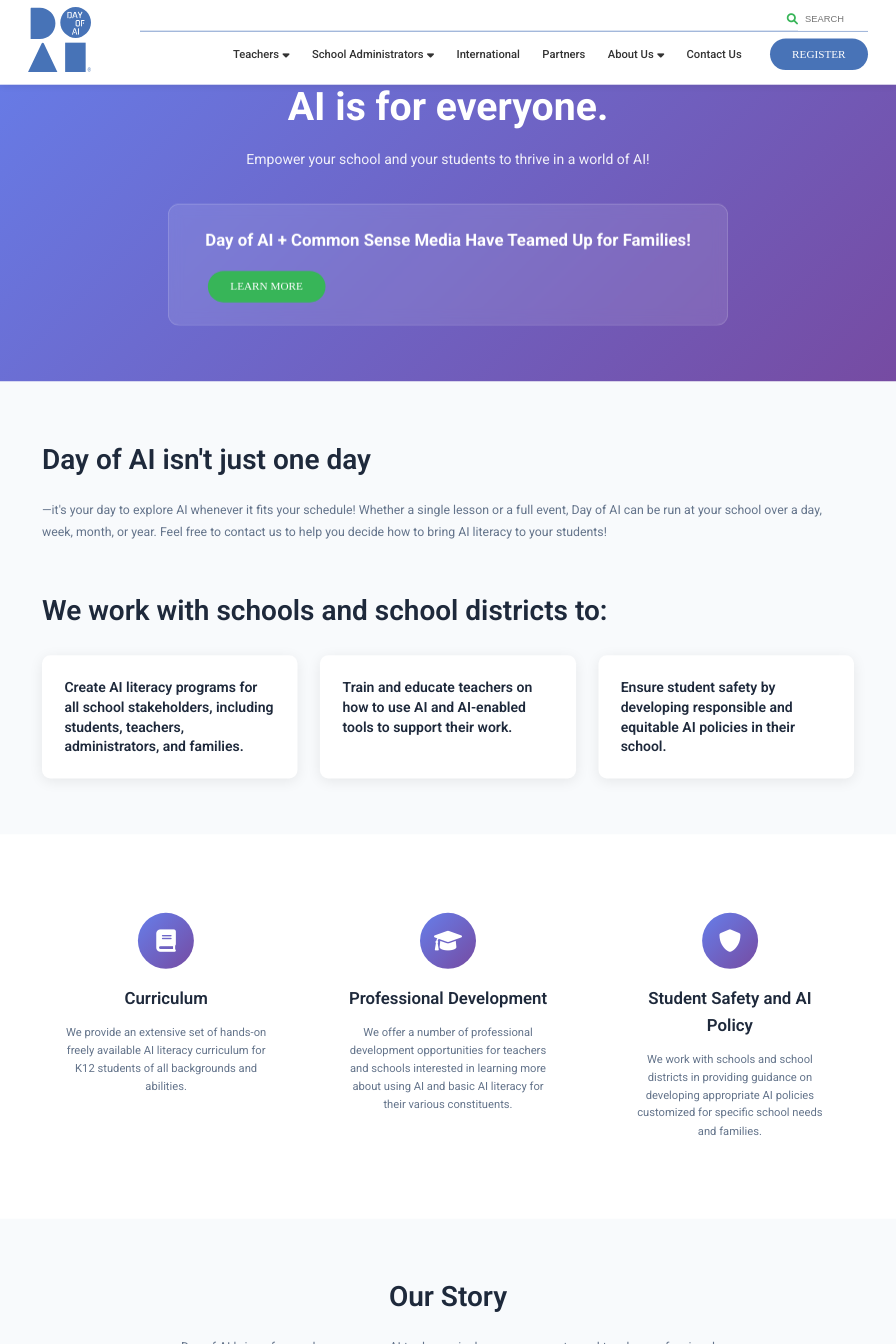
Repository: dinhtri123/dayofai
Page: index.html
The author's editor kept a copy of each file at every save. The page is drawn from the files as they stood at one save, then again after the next save.
The browser window is 1280 px wide. The pictures show the part of the page from y = 0 to 1920 px (the page is 3353 px tall), at 70% of full size.
The pointer rests on the first visible `.btn-primary`.
Some web fonts or font styles are not loaded; a fallback is used.

Above is the page before, as saved 2025-06-28 14:47:55.

### index.html
<!DOCTYPE html>
<html lang="en">

<head>
  <meta charset="UTF-8">
  <meta name="viewport" content="width=device-width, initial-scale=1.0">
  <title>Day of AI - AI is for everyone</title>
  <link rel="stylesheet" href="styles.css">
  <link rel="preconnect" href="https://fonts.googleapis.com">
  <link rel="preconnect" href="https://fonts.gstatic.com" crossorigin>
  <link href="https://fonts.googleapis.com/css2?family=Gugi&family=Roboto:ital,wght@0,100..900;1,100..900&display=swap" rel="stylesheet">
  <link rel="stylesheet" href="https://cdnjs.cloudflare.com/ajax/libs/font-awesome/6.0.0/css/all.min.css">
</head>

<body>
  <!-- Header -->
  <header class="header">
    <nav class="navbar container">
      <div class="nav-container">
        <div class="nav-logo">
          <img src="./images/logo.svg" alt="Day of AI Logo">
        </div>

        <div class="header-main">
          <div class="header-search">
            <i class="fa-solid fa-magnifying-glass"></i>
            <input type="search" name="search" id="search" placeholder="SEARCH">
          </div>
          <div class="header-menu">
            <ul class="nav-menu">
              <li class="nav-item dropdown">
                <a href="#" class="nav-link">Teachers <i class="fa-solid fa-caret-down"></i></a>
                <ul class="dropdown-menu">
                  <li><a href="#">Curriculum</a></li>
                  <li><a href="#">Seasonal and Monthly Activities</a></li>
                  <li><a href="#">Professional Development</a></li>
                  <li><a href="#">Family Resources</a></li>
                </ul>
              </li>
              <li class="nav-item dropdown">
                <a href="#" class="nav-link">School Administrators <i class="fa-solid fa-caret-down"></i></a>
                <ul class="dropdown-menu">
                  <li><a href="#">Professional Development</a></li>
                  <li><a href="#">Curriculum</a></li>
                  <li><a href="#">Student Safety & AI Policy</a></li>
                  <li><a href="#">Family Resources</a></li>
                </ul>
              </li>
              <li class="nav-item">
                <a href="#" class="nav-link">International</a>
              </li>
              <li class="nav-item">
                <a href="#" class="nav-link">Partners</a>
              </li>
              <li class="nav-item dropdown">
                <a href="#" class="nav-link">About Us <i class="fa-solid fa-caret-down"></i></a>
                <ul class="dropdown-menu">
                  <li><a href="#">Our Team</a></li>
                  <li><a href="#">Our Story</a></li>
                  <li><a href="#">FAQ</a></li>
                  <li><a href="#">News & Impact</a></li>
                </ul>
              </li>
              <li class="nav-item">
                <a href="#" class="nav-link">Contact Us</a>
              </li>
            </ul>
            <div class="nav-buttons">
              <button class="btn btn-primary">Register</button>
            </div>
          </div>
        </div>


        <div class="hamburger">
          <span class="bar"></span>
          <span class="bar"></span>
          <span class="bar"></span>
        </div>
      </div>
    </nav>
  </header>

  <!-- Hero Section -->
  <section class="hero">
    <div class="container">
      <div class="hero-content">
        <h1 class="hero-title">AI is for everyone.</h1>
        <p class="hero-subtitle">Empower your school and your students to thrive in a world of AI!</p>
        <div class="hero-banner">
          <div class="banner-content">
            <h3>Day of AI + Common Sense Media Have Teamed Up for Families!</h3>
            <button class="btn btn-primary">Learn More</button>
          </div>
        </div>
      </div>
    </div>
  </section>

  <!-- Main Content Section -->
  <section class="main-content">
    <div class="container">
      <div class="content-grid">
        <div class="content-item">
          <h2>Day of AI isn't just one day</h2>
          <p>—it's your day to explore AI whenever it fits your schedule! Whether a single lesson or a full event, Day
            of AI can be run at your school over a day, week, month, or year. Feel free to contact us to help you decide
            how to bring AI literacy to your students!</p>
        </div>

        <div class="content-item">
          <h2>We work with schools and school districts to:</h2>
          <div class="services-grid">
            <div class="service-card">
              <h3>Create AI literacy programs for all school stakeholders, including students, teachers, administrators,
                and families.</h3>
            </div>
            <div class="service-card">
              <h3>Train and educate teachers on how to use AI and AI-enabled tools to support their work.</h3>
            </div>
            <div class="service-card">
              <h3>Ensure student safety by developing responsible and equitable AI policies in their school.</h3>
            </div>
          </div>
        </div>
      </div>
    </div>
  </section>

  <!-- Features Section -->
  <section class="features">
    <div class="container">
      <div class="features-grid">
        <div class="feature-card">
          <div class="feature-icon">
            <i class="fas fa-book"></i>
          </div>
          <h3>Curriculum</h3>
          <p>We provide an extensive set of hands-on freely available AI literacy curriculum for K12 students of all
            backgrounds and abilities.</p>
        </div>

        <div class="feature-card">
          <div class="feature-icon">
            <i class="fas fa-graduation-cap"></i>
          </div>
          <h3>Professional Development</h3>
          <p>We offer a number of professional development opportunities for teachers and schools interested in learning
            more about using AI and basic AI literacy for their various constituents.</p>
        </div>

        <div class="feature-card">
          <div class="feature-icon">
            <i class="fas fa-shield-alt"></i>
          </div>
          <h3>Student Safety and AI Policy</h3>
          <p>We work with schools and school districts in providing guidance on developing appropriate AI policies
            customized for specific school needs and families.</p>
        </div>
      </div>
    </div>
  </section>

  <!-- About Section -->
  <section class="about">
    <div class="container">
      <div class="about-content">
        <h2>Our Story</h2>
        <p>Day of AI brings free and open-source AI tools, curriculum, assessments, and teacher professional development
          materials developed by MIT RAISE to students and educators everywhere.</p>

        <div class="mit-section">
          <h3>Powered by MIT RAISE</h3>
          <p>Day of AI was born at MIT in June 2021. Led by a team of faculty and research scientists at MIT
            RAISE…..(more)</p>
        </div>

        <div class="partners-section">
          <h3>Our Collaborators and Partners</h3>
          <div class="partners-grid">
            <div class="partner-logo">Partner 1</div>
            <div class="partner-logo">Partner 2</div>
            <div class="partner-logo">Partner 3</div>
            <div class="partner-logo">Partner 4</div>
          </div>
        </div>
      </div>
    </div>
  </section>

  <!-- CTA Section -->
  <section class="cta">
    <div class="container">
      <div class="cta-content">
        <h2>Bring Day of AI to Your School or School District</h2>
        <div class="cta-buttons">
          <button class="btn btn-primary">Register</button>
          <button class="btn btn-secondary">Learn More</button>
        </div>
      </div>
    </div>
  </section>

  <!-- Footer -->
  <footer class="footer">
    <div class="container">
      <div class="footer-content">
        <div class="footer-section">
          <p>&copy; 2025, Day of AI. All Rights Reserved.</p>
          <div class="footer-links">
            <a href="#">Privacy Policy</a>
            <a href="#">Accessibility</a>
            <a href="#">Terms of Use</a>
            <a href="#">Boston Web Design</a>
          </div>
        </div>

        <div class="footer-legal">
          <p>Unless stated otherwise, the DAY OF AI curriculum is licensed under a Creative Commons
            Attribution-NonCommercial-ShareAlike 4.0 International License (the "DAY OF AI Creative Commons license").
            The DAY OF AI Creative Commons license does not include a license to use the trademarks and service marks,
            DAY OF AI, DAY OF AI (and Design), the DAY OF AI logo, MASSACHUSETTS INSTITUTE OF TECHNOLOGY, MIT, the MIT
            logo, MIT RAISE, RAISE, or any other trademarks, service marks, or other intellectual property, owned by, or
            associated with, Massachusetts Institute of Technology, and such use is expressly excluded. DAY OF AI, DAY
            OF AI (and Design), and the DAY OF AI logo are trademarks and service marks of MASSACHUSETTS INSTITUTE OF
            TECHNOLOGY. All rights are reserved.</p>
        </div>

        <div class="footer-translate">
          <button class="translate-btn">Translate »</button>
        </div>
      </div>
    </div>
  </footer>

  <script src="script.js"></script>
</body>

</html>

### styles.css
:root {
  --font-family: 'Roboto', sans-serif;
  --font-secondary: 'Gugi', cursive;
  --color-primary: #4873B7;
  --color-secondary: #37B558;
  --color-third: #F26739;
}
* {
    margin: 0;
    padding: 0;
    box-sizing: border-box;
}

body {
    font-family: var(--font-family);
    line-height: 1.6;
    color: #333;
    overflow-x: hidden;
}

.container {
    max-width: 1200px;
    margin: 0 auto;
    padding: 0 20px;
}

/* Header Styles */
.header {
    background: #fff;
    box-shadow: 0 2px 10px rgba(0, 0, 0, 0.1);
    position: fixed;
    top: 0;
    width: 100%;
    z-index: 1000;
}
.header-main {
  display: flex;
  flex-direction: column;
  flex: 1;
}
.header-search {
  display: flex;
  align-items: center;
  justify-content: end;
  border-bottom: 1px solid var(--color-primary);
  height: 35px;

}
.header-search input {
  border: none;
  outline: none;
  width: 100px;
  height: 100%;
  padding: 0 10px;
}
.header-search i {
  color: var(--color-secondary);
}

.navbar {
    padding: 10px 0;
}

.nav-container {
    display: flex;
    justify-content: space-between;
    align-items: center;
}
.nav-logo {
  max-width: 160px;
  width: 100%;
  height: auto;
}

.nav-logo img {
  max-width: 90px;
  width: 100%;
  height: auto;
}

.header-menu {
  display: flex;
  align-items: center;
  justify-content: end;
}
.nav-menu {
    display: flex;
    list-style: none;
    align-items: center;
}

.nav-item {
    position: relative;
}

.nav-link {
    text-decoration: none;
    color: #333;
    font-weight: 500;
    padding: 20px 16px;
    transition: color 0.3s ease;
    display: flex;
    align-items: center;
    gap: 5px;
}

.nav-link:hover {
    color: #2563eb;
}

.dropdown-menu {
    position: absolute;
    top: 100%;
    left: 0;
    background: #fff;
    box-shadow: 0 4px 20px rgba(0, 0, 0, 0.15);
    border-radius: 8px;
    min-width: 250px;
    opacity: 0;
    visibility: hidden;
    transform: translateY(-10px);
    transition: all 0.3s ease;
    list-style: none;
    padding: 1rem 0;
}

.dropdown:hover .dropdown-menu {
    opacity: 1;
    visibility: visible;
    transform: translateY(0);
}

.dropdown-menu li a {
    display: block;
    padding: 0.75rem 1.5rem;
    color: #333;
    text-decoration: none;
    transition: background-color 0.3s ease;
}

.dropdown-menu li a:hover {
    background-color: #f8fafc;
    color: #2563eb;
}

.btn{
    display: flex;
    align-items: center;
    margin-left: 24px;
    font-family: var(--font-secondary);
    background-color: var(--color-secondary);
    color: #fff;
    padding: 0px 32px;
    border-radius: 30px;
    min-height: 45px;
    text-transform: uppercase;
    border: none;
    line-height: 1;
    font-size: 16px;
}
.btn-primary{
  background-color: var(--color-secondary);
}
.btn-primary:hover{
  background-color: var(--color-primary);
}

.hamburger {
    display: none;
    flex-direction: column;
    cursor: pointer;
}

.bar {
    width: 25px;
    height: 3px;
    background: #333;
    margin: 3px 0;
    transition: 0.3s;
}

/* Hero Section */
.hero {
    background: linear-gradient(135deg, #667eea 0%, #764ba2 100%);
    color: #fff;
    padding: 120px 0 80px;
    text-align: center;
}

.hero-content {
    max-width: 800px;
    margin: 0 auto;
}

.hero-title {
    font-size: 3.5rem;
    font-weight: 700;
    margin-bottom: 1.5rem;
    line-height: 1.2;
}

.hero-subtitle {
    font-size: 1.25rem;
    margin-bottom: 3rem;
    opacity: 0.9;
}

.hero-banner {
    background: rgba(255, 255, 255, 0.1);
    backdrop-filter: blur(10px);
    border-radius: 16px;
    padding: 2rem;
    margin-top: 2rem;
    border: 1px solid rgba(255, 255, 255, 0.2);
}

.banner-content h3 {
    font-size: 1.5rem;
    margin-bottom: 1.5rem;
}

/* Main Content Section */
.main-content {
    padding: 80px 0;
    background: #f8fafc;
}

.content-grid {
    display: grid;
    gap: 4rem;
}

.content-item h2 {
    font-size: 2.5rem;
    font-weight: 600;
    margin-bottom: 1.5rem;
    color: #1e293b;
}

.content-item p {
    font-size: 1.1rem;
    color: #64748b;
    line-height: 1.8;
}

.services-grid {
    display: grid;
    grid-template-columns: repeat(auto-fit, minmax(300px, 1fr));
    gap: 2rem;
    margin-top: 2rem;
}

.service-card {
    background: #fff;
    padding: 2rem;
    border-radius: 12px;
    box-shadow: 0 4px 20px rgba(0, 0, 0, 0.08);
    transition: transform 0.3s ease, box-shadow 0.3s ease;
}

.service-card:hover {
    transform: translateY(-5px);
    box-shadow: 0 8px 30px rgba(0, 0, 0, 0.12);
}

.service-card h3 {
    font-size: 1.25rem;
    font-weight: 600;
    color: #1e293b;
    line-height: 1.4;
}

/* Features Section */
.features {
    padding: 80px 0;
    background: #fff;
}

.features-grid {
    display: grid;
    grid-template-columns: repeat(auto-fit, minmax(350px, 1fr));
    gap: 3rem;
}

.feature-card {
    text-align: center;
    padding: 2rem;
    border-radius: 16px;
    transition: transform 0.3s ease;
}

.feature-card:hover {
    transform: translateY(-5px);
}

.feature-icon {
    width: 80px;
    height: 80px;
    background: linear-gradient(135deg, #667eea 0%, #764ba2 100%);
    border-radius: 50%;
    display: flex;
    align-items: center;
    justify-content: center;
    margin: 0 auto 1.5rem;
    color: #fff;
    font-size: 2rem;
}

.feature-card h3 {
    font-size: 1.5rem;
    font-weight: 600;
    margin-bottom: 1rem;
    color: #1e293b;
}

.feature-card p {
    color: #64748b;
    line-height: 1.6;
}

/* About Section */
.about {
    padding: 80px 0;
    background: #f8fafc;
}

.about-content {
    max-width: 800px;
    margin: 0 auto;
    text-align: center;
}

.about-content h2 {
    font-size: 2.5rem;
    font-weight: 600;
    margin-bottom: 1.5rem;
    color: #1e293b;
}

.about-content p {
    font-size: 1.1rem;
    color: #64748b;
    line-height: 1.8;
    margin-bottom: 3rem;
}

.mit-section {
    background: #fff;
    padding: 2rem;
    border-radius: 12px;
    margin: 2rem 0;
    box-shadow: 0 4px 20px rgba(0, 0, 0, 0.08);
}

.mit-section h3 {
    font-size: 1.5rem;
    font-weight: 600;
    margin-bottom: 1rem;
    color: #1e293b;
}

.partners-section {
    margin-top: 3rem;
}

.partners-section h3 {
    font-size: 1.5rem;
    font-weight: 600;
    margin-bottom: 2rem;
    color: #1e293b;
}

.partners-grid {
    display: grid;
    grid-template-columns: repeat(auto-fit, minmax(200px, 1fr));
    gap: 2rem;
}

.partner-logo {
    background: #fff;
    padding: 2rem;
    border-radius: 8px;
    text-align: center;
    box-shadow: 0 2px 10px rgba(0, 0, 0, 0.1);
    font-weight: 600;
    color: #64748b;
}

/* CTA Section */
.cta {
    padding: 80px 0;
    background: linear-gradient(135deg, #667eea 0%, #764ba2 100%);
    color: #fff;
    text-align: center;
}

.cta-content h2 {
    font-size: 2.5rem;
    font-weight: 600;
    margin-bottom: 2rem;
}

.cta-buttons {
    display: flex;
    gap: 1rem;
    justify-content: center;
    flex-wrap: wrap;
}

/* Footer */
.footer {
    background: #1e293b;
    color: #fff;
    padding: 60px 0 30px;
}

.footer-content {
    display: grid;
    gap: 2rem;
}

.footer-section {
    display: flex;
    justify-content: space-between;
    align-items: center;
    flex-wrap: wrap;
    gap: 1rem;
}

.footer-links {
    display: flex;
    gap: 2rem;
    flex-wrap: wrap;
}

.footer-links a {
    color: #cbd5e1;
    text-decoration: none;
    transition: color 0.3s ease;
}

.footer-links a:hover {
    color: #fff;
}

.footer-legal {
    border-top: 1px solid #334155;
    padding-top: 2rem;
}

.footer-legal p {
    font-size: 0.9rem;
    color: #94a3b8;
    line-height: 1.6;
}

.footer-translate {
    text-align: center;
    padding-top: 2rem;
}

.translate-btn {
    background: transparent;
    color: #cbd5e1;
    border: 1px solid #475569;
    padding: 0.5rem 1rem;
    border-radius: 6px;
    cursor: pointer;
    transition: all 0.3s ease;
}

.translate-btn:hover {
    background: #475569;
    color: #fff;
}

/* Responsive Design */
@media (max-width: 768px) {
    .nav-menu {
        position: fixed;
        left: -100%;
        top: 70px;
        flex-direction: column;
        background-color: #fff;
        width: 100%;
        text-align: center;
        transition: 0.3s;
        box-shadow: 0 10px 27px rgba(0, 0, 0, 0.05);
        padding: 2rem 0;
    }

    .nav-menu.active {
        left: 0;
    }

    .nav-menu li {
        margin: 1rem 0;
    }

    .dropdown-menu {
        position: static;
        opacity: 1;
        visibility: visible;
        transform: none;
        box-shadow: none;
        background: #f8fafc;
        margin-top: 1rem;
    }

    .hamburger {
        display: flex;
    }

    .hamburger.active .bar:nth-child(2) {
        opacity: 0;
    }

    .hamburger.active .bar:nth-child(1) {
        transform: translateY(8px) rotate(45deg);
    }

    .hamburger.active .bar:nth-child(3) {
        transform: translateY(-8px) rotate(-45deg);
    }

    .nav-buttons {
        display: none;
    }

    .hero-title {
        font-size: 2.5rem;
    }

    .hero-subtitle {
        font-size: 1.1rem;
    }

    .content-item h2,
    .about-content h2,
    .cta-content h2 {
        font-size: 2rem;
    }

    .services-grid,
    .features-grid {
        grid-template-columns: 1fr;
    }

    .footer-section {
        flex-direction: column;
        text-align: center;
    }

    .footer-links {
        justify-content: center;
    }

    .cta-buttons {
        flex-direction: column;
        align-items: center;
    }

    .cta-buttons .btn {
        width: 100%;
        max-width: 300px;
    }
}

@media (max-width: 480px) {
    .container {
        padding: 0 15px;
    }

    .hero {
        padding: 100px 0 60px;
    }

    .hero-title {
        font-size: 2rem;
    }

    .main-content,
    .features,
    .about,
    .cta {
        padding: 60px 0;
    }

    .service-card,
    .feature-card {
        padding: 1.5rem;
    }
}

/* Animations */
@keyframes fadeInUp {
    from {
        opacity: 0;
        transform: translateY(30px);
    }
    to {
        opacity: 1;
        transform: translateY(0);
    }
}

.hero-content,
.content-item,
.feature-card,
.about-content {
    animation: fadeInUp 0.8s ease-out;
}

/* Smooth scrolling */
html {
    scroll-behavior: smooth;
}

/* Focus styles for accessibility */
.btn:focus,
.nav-link:focus,
.translate-btn:focus {
    outline: 2px solid #2563eb;
    outline-offset: 2px;
}

Loaded but not shown: script.js (249 lines, source omitted)

After the next save:
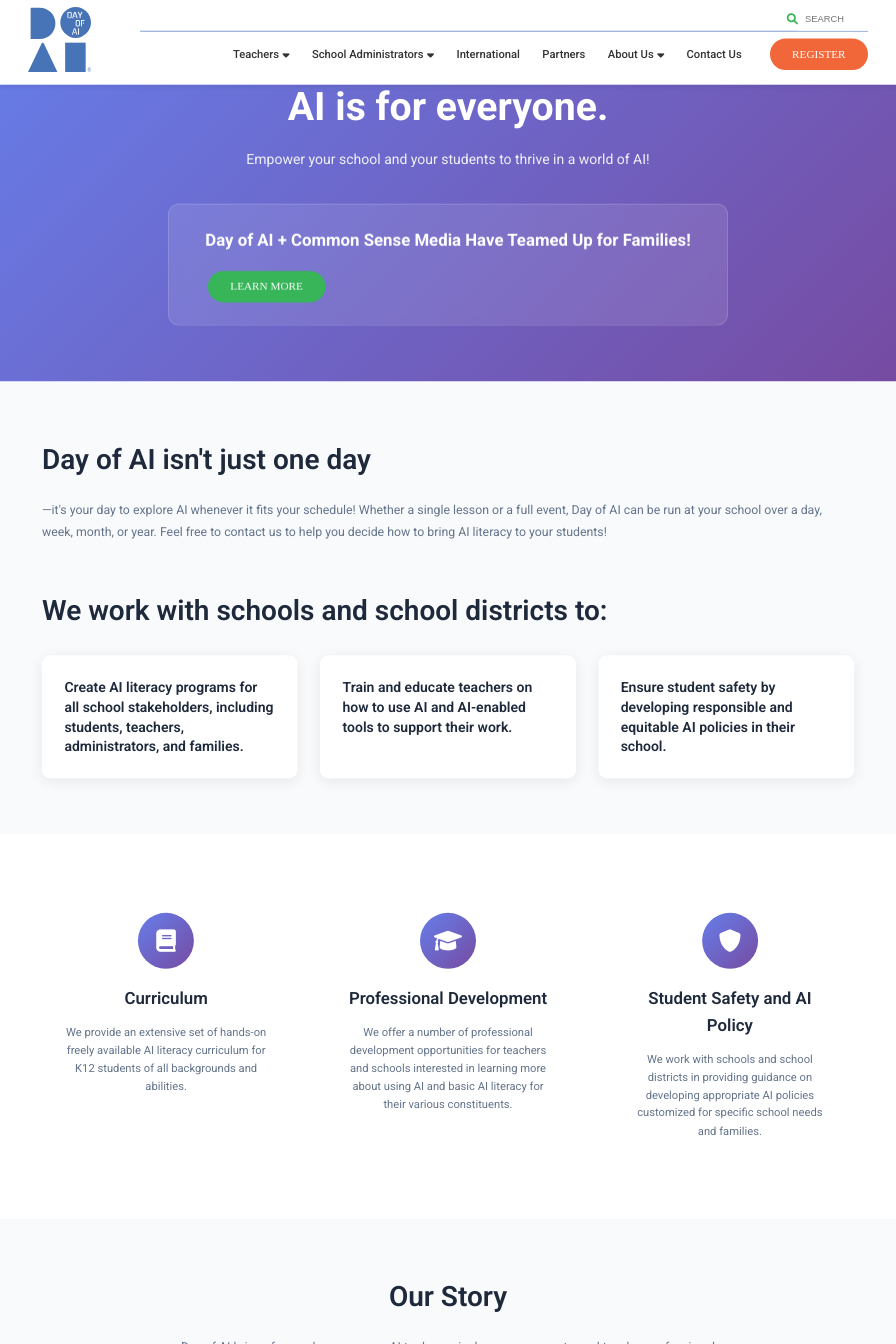
Saved 7 s later.
--- a/styles.css
+++ b/styles.css
@@ -162,7 +162,7 @@
   background-color: var(--color-secondary);
 }
 .btn-primary:hover{
-  background-color: var(--color-primary);
+  background-color: var(--color-third);
 }
 
 .hamburger {
